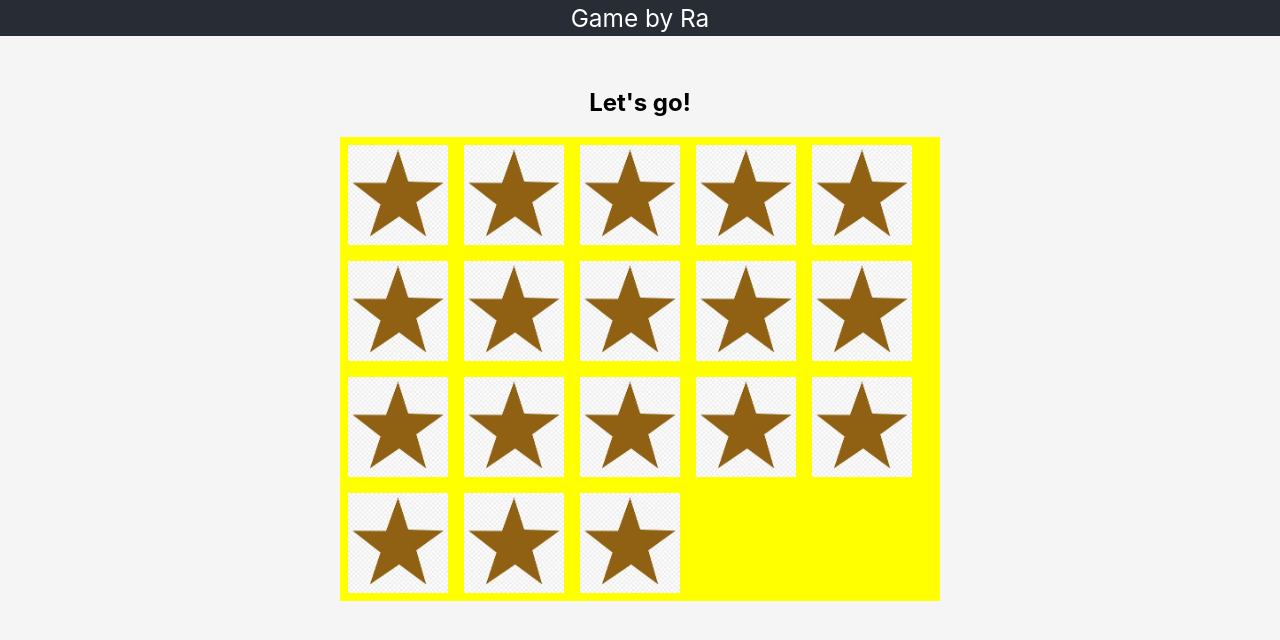
Repository: Sergioramasano/ramos-game
Page: /
An editor plug-in stored every save of this project. The page is shown before and after the next save, followed by the edit.
The browser window is 1280 px wide. The pictures show the whole page.
The project was rebuilt for these pictures with package versions that can differ from the ones it lists, and the page was loaded fresh each time.

Above is the page before, as saved 2021-02-11 15:00:53.

### public/index.html
<!DOCTYPE html>
<html lang="en">
  <head>
    <meta charset="utf-8" />
    <link rel="icon" href="%PUBLIC_URL%/favicon.ico" />
    <meta name="viewport" content="width=device-width, initial-scale=1" />
    <meta name="theme-color" content="#000000" />
    <meta
      name="description"
      content="Web site created using create-react-app"
    />
    <link rel="apple-touch-icon" href="%PUBLIC_URL%/logo192.png" />
    <link rel="manifest" href="%PUBLIC_URL%/manifest.json" />
    <title>Game by Ra</title>
  </head>
  <body>
    <noscript>You need to enable JavaScript to run this app.</noscript>
    <div id="root"></div>
  </body>
</html>

### src/App.js
import "./App.css";
import GameBox from "./components/GameBox/GameBox";

const App = () => {
  return (
    <div className="App">
      <header className="App-header">Game by Ra</header>
      <GameBox></GameBox>
    </div>
  );
};

export default App;

### src/App.css
.App {
  text-align: center;
}

.App-header {
  background-color: #282c34;
  height: 5vh;
  display: flex;
  flex-direction: column;
  align-items: center;
  justify-content: center;
  font-size: calc(10px + 2vmin);
  color: white;
}

### src/components/GameBox/GameBox.js
import React from "react";
import styles from "./Gamebox.module.css";
import age from "../../images/age.jpeg";
import av from "../../images/av.jpeg";
import hq from "../../images/hq.png";
import hs from "../../images/hs.png";
import jq from "../../images/jq.jpg";
import lk from "../../images/lk.jpg";
import sm from "../../images/sm.jpg";
import smm from "../../images/smm.png";
import knight from "../../images/knight.png";
import star from "../../images/star.jpeg";

const GameBox = () => {
  // const [count, setCount] = useState(0);
  let urls = [age, av, hq, hs, jq, lk, sm, smm, knight];
  urls = [...urls, ...urls];
  return (
    <main className={styles.gamebox}>
      <h2>Let's go!</h2>
      <section className={styles.wrap}>
        {urls.map((url) => {
          if (true) url = star;
          return (
            <div className={styles.card} key={Math.random()}>
              <img src={url} alt=""></img>{" "}
            </div>
          );
        })}
      </section>
    </main>
  );
};

export default GameBox;

### src/components/GameBox/Gamebox.module.css
.gamebox {
  height: 95vh;
  background-color: whitesmoke;
  padding: 2rem;
  box-sizing: border-box;
}

.wrap {
  margin: auto auto;
  max-width: 600px;
  height: auto;
  background-color: yellow;
  width: 100%;
  min-height: 300px;
  display: flex;
  flex-direction: row;
  justify-content: flex-start;
  flex-wrap: wrap;
}

.card {
  display: block;
  width: 100px;
  height: 100px;
  margin: 0.5rem;
}

.card img {
  display: block;
  width: 100%;
  height: 100%;
}

Loaded but not shown: src/index.js (common file); src/index.css (common file)

After the next save:
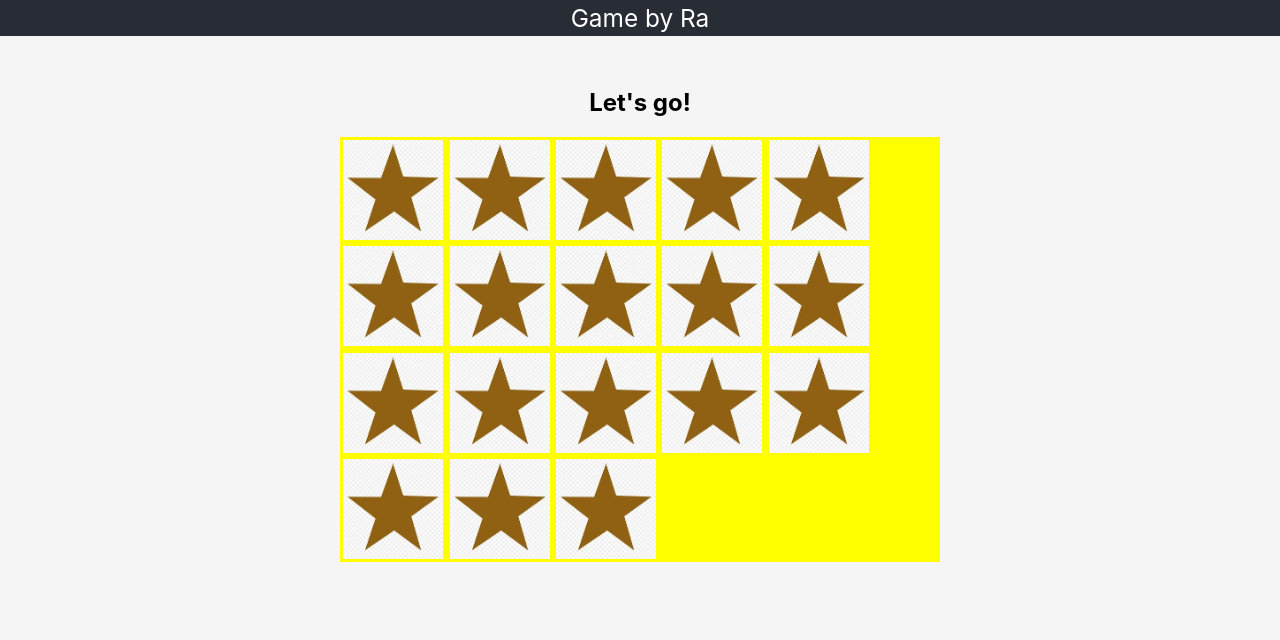
Saved 9 s later.
--- a/src/components/GameBox/Gamebox.module.css
+++ b/src/components/GameBox/Gamebox.module.css
@@ -22,7 +22,7 @@
   display: block;
   width: 100px;
   height: 100px;
-  margin: 0.5rem;
+  margin: 0.2rem;
 }
 
 .card img {
